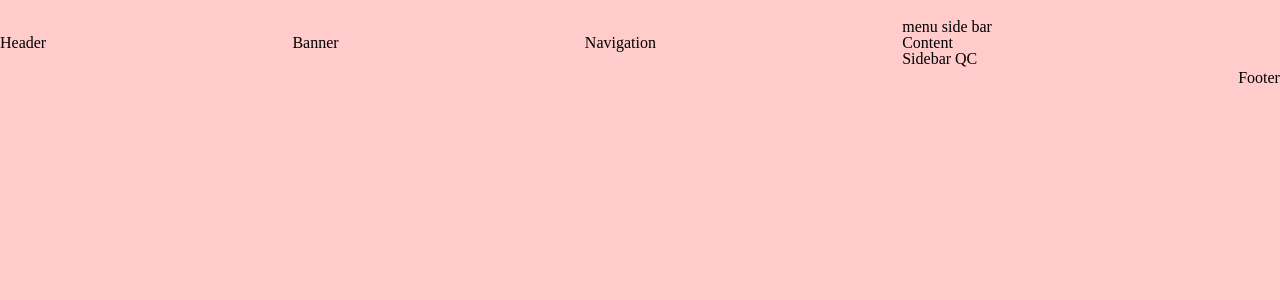
Repository: Tan-Khang21/TH_TKW--Buoi_06
Page: Bai_Tap_Tren_lop/Bai_03/LayoutCSS3.html
An editor plug-in stored every save of this project. The page is shown before and after the next save, followed by the edit.
The browser window is 1280 px wide. The pictures show the whole page.

Above is the page before, as saved 2024-03-11 20:54:01.

### Bai_Tap_Tren_lop/Bai_03/LayoutCSS3.html
<!DOCTYPE html>
<html lang="en">
  <head>
    <meta charset="UTF-8" />
    <meta name="viewport" content="width=device-width, initial-scale=1.0" />
    <title>Document</title>
    <link rel="stylesheet" href="style.css" />
    <link rel="stylesheet" href="reset.css" />
  </head>
  <body>
    <div class="container">
      <div class="header">Header</div>
      <div class="banner">Banner</div>
      <div class="navigation">Navigation</div>
      <div class="box">
        <div class="box_menu">menu side bar</div>
        <div class="box_content">Content</div>
        <div class="box_siderbar">Sidebar QC</div>
      </div>
      <div class="footer">Footer</div>
    </div>
  </body>
</html>

### Bai_Tap_Tren_lop/Bai_03/style.css
* {
  box-sizing: border-box;
}
body {
  width: 100%;
  background-color: #ffcccb;
}
.title {
  text-align: center;
  font-size: 30px;
  margin: 20px;
  margin-bottom: 40px;
  font-weight: bold;
}
.item {
  width: 33.3%;
  height: 500px;
  padding: 20px;
  background-color: #aaaaaa;
  text-align: justify;
  box-shadow: 1px 0px 3px black;
}
.images {
  width: 465px;
  height: 230px;
}
.images img {
  width: 100%;
  height: 100%;
  object-fit: cover;
}
.container {
  display: flex;
  align-items: center;
  justify-content: space-between;
}
.footer {
  text-align: center;
  margin-top: 70px;
}

Loaded but not shown: Bai_Tap_Tren_lop/Bai_03/reset.css (common file)

After the next save:
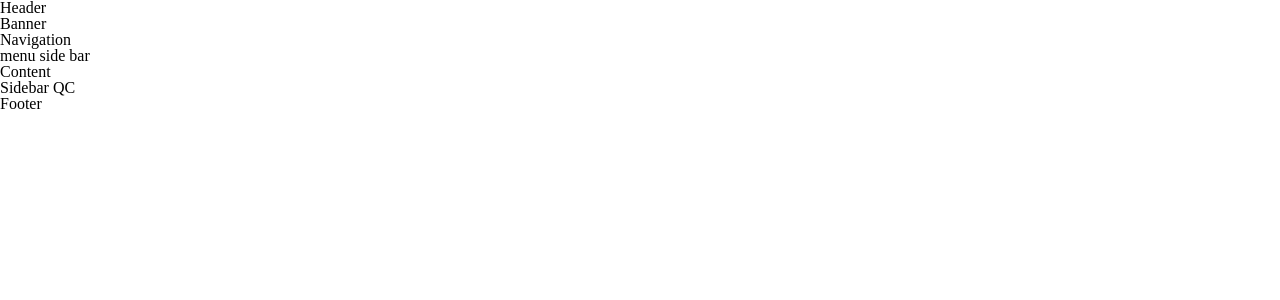
Saved 33 s later.
--- a/Bai_Tap_Tren_lop/Bai_03/style.css
+++ b/Bai_Tap_Tren_lop/Bai_03/style.css
@@ -3,38 +3,4 @@
 }
 body {
   width: 100%;
-  background-color: #ffcccb;
 }
-.title {
-  text-align: center;
-  font-size: 30px;
-  margin: 20px;
-  margin-bottom: 40px;
-  font-weight: bold;
-}
-.item {
-  width: 33.3%;
-  height: 500px;
-  padding: 20px;
-  background-color: #aaaaaa;
-  text-align: justify;
-  box-shadow: 1px 0px 3px black;
-}
-.images {
-  width: 465px;
-  height: 230px;
-}
-.images img {
-  width: 100%;
-  height: 100%;
-  object-fit: cover;
-}
-.container {
-  display: flex;
-  align-items: center;
-  justify-content: space-between;
-}
-.footer {
-  text-align: center;
-  margin-top: 70px;
-}
